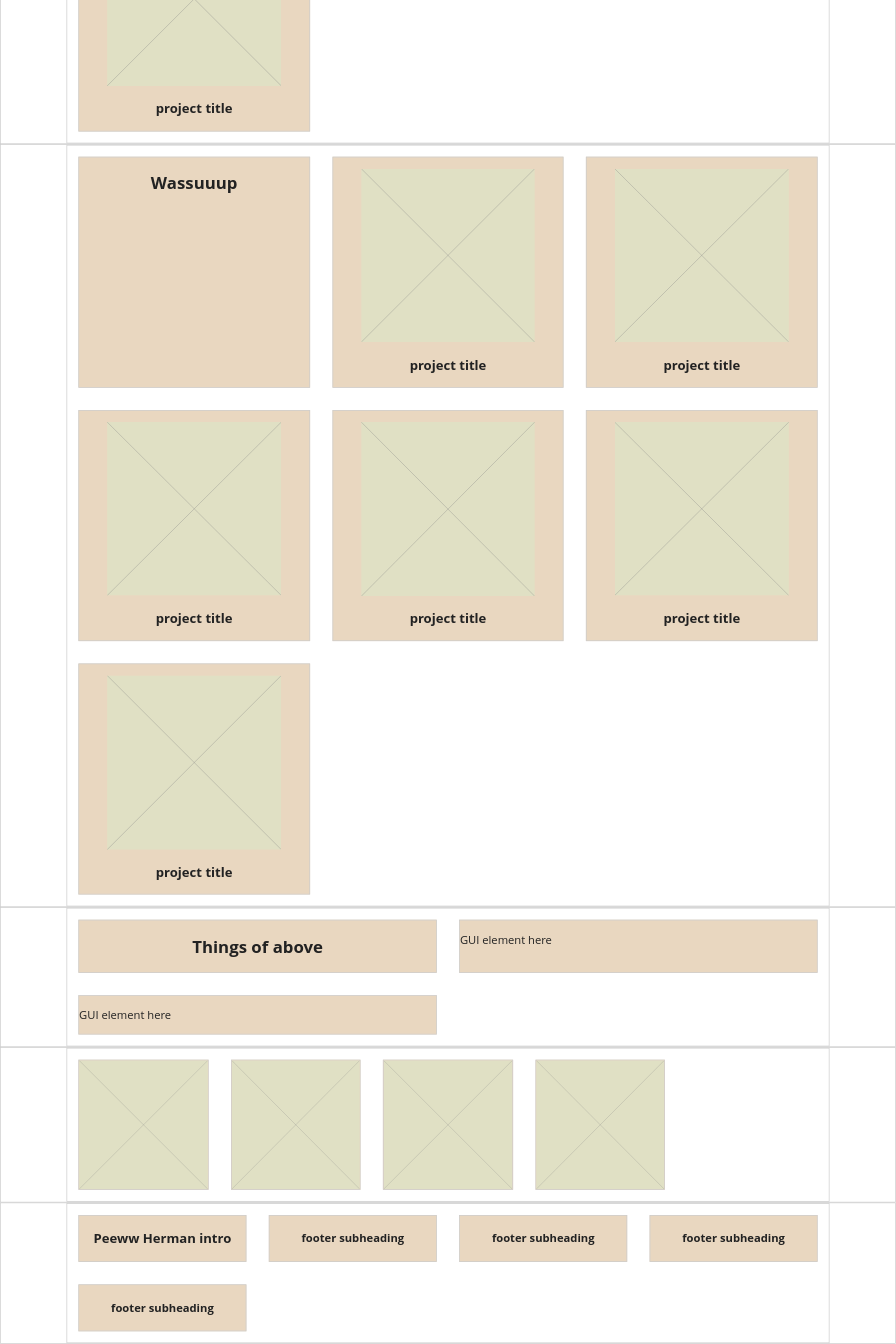
Repository: eilidhma/metrolics
Page: index.html
An editor plug-in stored every save of this project. The page is shown before and after a run of saves, followed by the edit.
The browser window is 1280 px wide. The pictures show the part of the page from y = 1987 to 3907 px (the page is 3907 px tall before and 3905 px after), at 70% of full size.

Above is the page before, as saved 2021-02-02 17:36:58.

After the next 3 saves:
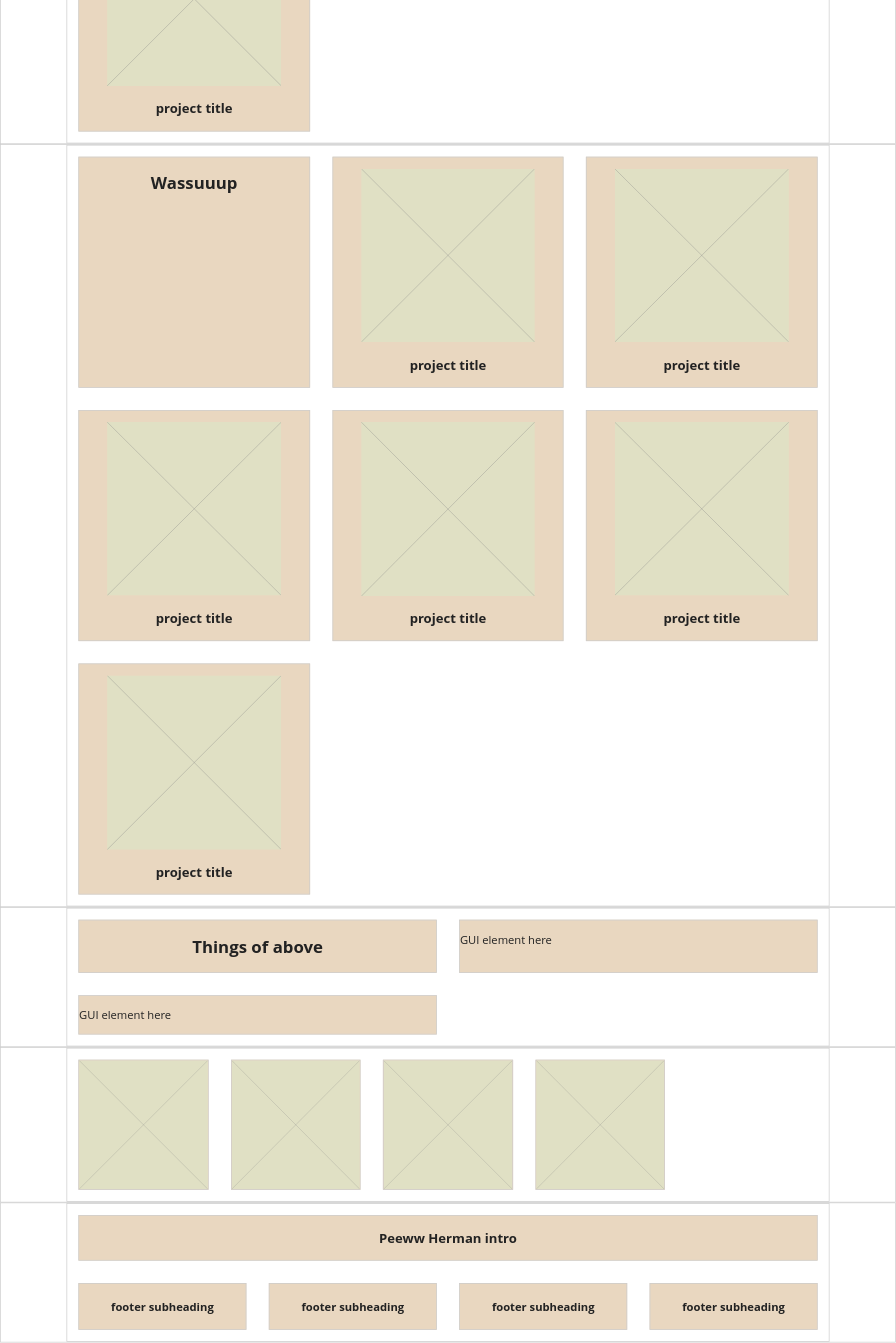
The 3 saves are shown as one change because they came seconds apart.
The last was saved 32 s later.
--- a/index.html
+++ b/index.html
@@ -501,8 +501,8 @@
 
   <footer class="page__footer">
     <div class="row m-col-2 l-col-4">
-      <div class="page__footer__intro column">
-        <h3 class="heading span-full">
+      <div class="page__footer__intro column span-full">
+        <h3 class="heading">
           Peeww Herman intro
         </h3>
       </div>
